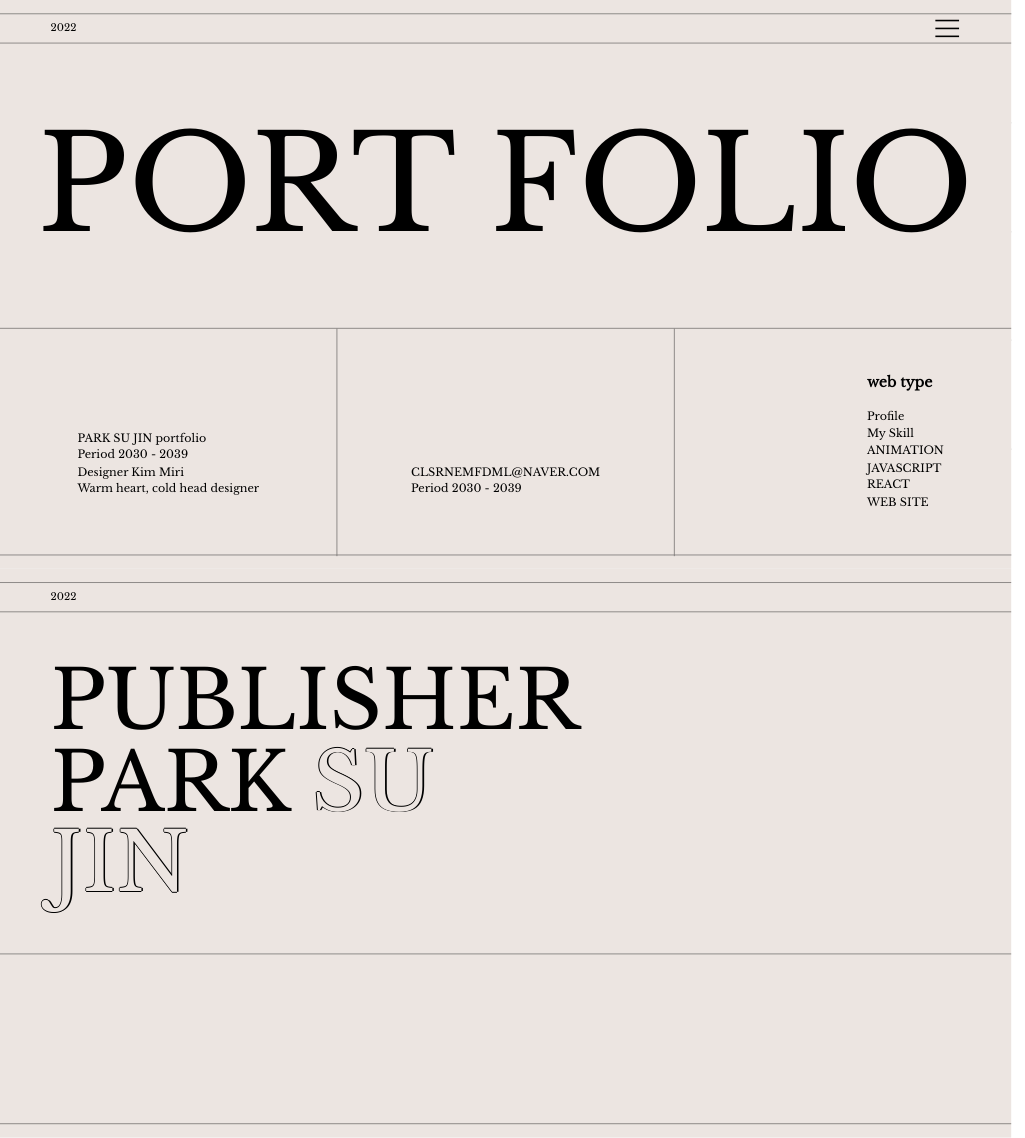
Repository: clsrnemfdml/portfolio_parksj_versiton1
Page: index.html
These files come from the project's save history. The page is drawn as it stood at one moment and after the next save; the edit follows.
The browser window is 1280 px wide. The page is 1297 px wide, then 1280 px, so the pictures cover 1297 px, including what lies to the right of the window. The pictures show the whole page, at 79% of full size.

Above is the page before, as saved 2021-09-15 08:07:00.

### index.html
<!DOCTYPE html>
<html lang="en">
<head>
    <meta charset="UTF-8">
    <meta http-equiv="X-UA-Compatible" content="IE=edge">
    <meta name="viewport" content="width=device-width, initial-scale=1.0">
    <title>parkjs portfolio</title>
    <meta name="descripsion" content="박수진의 포트폴리오 입니다.">
    <link rel="stylesheet" href="css/reset.css">
    <link rel="stylesheet" href="css/index.css">
    <style> @import url('https://fonts.googleapis.com/css2?family=Libre+Baskerville&display=swap');</style>
    <script src="js/index.js"></script>

</head>
<body>
    <div class="clickMenu">
        <div class="wrap_portFolio">
            <ul>
                <li>1. MY SKILL</li>
                <li>2. ANIMATION</li>
                <li>3. JAVASCRIPT</li>
                <li>4. REACT</li>
                <li>5. WEB SITE</li>
            </ul>
        </div>
    </div>
    <div id="wrap">
        <section id="section1">
            <div class="wrap_portFolio">
                <div class="menu">
                    <p>2022</p>
                    <span>
                    </span>
                </div>
                <div class="content">
                    <h6>PORT FOLIO</h6>
                </div>
                <div class="content_bottom">
                    <div class="rsum1">
                        <p>PARK SU JIN portfolio<br>
                        Period  2030 - 2039<br>
                        Designer   Kim Miri<br>
                        Warm heart, cold head designer</p>
                    </div>
                    <div class="rsum2">
                        <p>CLSRNEMFDML@NAVER.COM<br>
                        Period  2030 - 2039</p>
                    </div>
                    <div class="rsum3">
                        <ul>
                            <li class="fitst_write">web type</li>
                            <li>Profile</li>
                            <li>My Skill</li>
                            <li>ANIMATION</li>
                            <li>JAVASCRIPT</li>
                            <li>REACT</li>
                            <li>WEB SITE</li>
                        </ul>
                    </div>
                </div>
            </div>
        </section>
        <section id="section2">
            <div class="wrap_portFolio">
                <div class="menu">
                    <p>2022</p>
                    <span>
                    </span>
                </div>
                <div class="content">
                    <div>
                        <p>PUBLISHER<br>
                            PARK <span class="suji">SU JIN</span></p>
                        </p>
                    </div>
                    <div class="suImg">
                        <img src="" alt="" >
                    </div>
                </div>
            </div>
        </section>
    </div>



</body>
</html>

### css/index.css


#wrap{width: 100%; height: auto;}



/* menu */
/* .clickMenu{height: 100vh; width: 100%; background: #ECE5E1;
    font-family: 'Libre Baskerville', serif; position: absolute;
z-index: 99999;} */

.clickMenu .wrap_portFolio{
    width: 100%;
    height: 95vh;
    position: absolute;
    top: 50%;
    transform: translateY(-50%);
    border-bottom: 1px solid #767371;
    border-top: 1px solid #767371;
}

.clickMenu .wrap_portFolio ul{width: 100%; height: 100%;}
.clickMenu .wrap_portFolio ul li{height: calc(100%/5); width: 100%; border-bottom: 1px solid #767371;
    font-size: 6vw;
    text-align: center;
    display: flex;
    align-items: center;
    justify-content: center;
}
.clickMenu .wrap_portFolio ul li:nth-child(2n){
   color: #ECE5E1;
   text-shadow: -1px 0 #000000, 0 1px #000000, 2px 0 #000000, 0 -1px #000000;
}
.clickMenu .wrap_portFolio ul li:last-child{height: calc(100%/5); width: 100%; border-bottom: 0}



/*section1 */
#wrap #section1{height: 100vh; width: 100%; background: #ECE5E1;
    font-family: 'Libre Baskerville', serif; position: relative;}

#wrap #section1 .wrap_portFolio{
    width: 100%;
    height: 95vh;
    position: absolute;
    top: 50%;
    transform: translateY(-50%);
    border-bottom: 1px solid #767371;
    border-top: 1px solid #767371;
}

#wrap #section1 .menu{
    width: 100%;
    height: 5vh;
    border-bottom: 1px solid #767371;
    position: relative;
    font-size: 1vw;

}
#wrap #section1 .menu p{
    padding-left: 5%;
    position: absolute;
    top: 50%;
    transform: translateY(-50%);
}
#wrap #section1 .menu span{
    display: block;
    position: absolute;
    right: 4%;
    top: 50%;
    transform: translate(-50%, -50%);
    width: 30px;
    height: 2px;
    background: rgb(0, 0, 0);
    float: right;
}
    #wrap #section1 .menu span::before{
    content: '';
    width: 30px;
    height: 2px;
    background: rgb(0, 0, 0);
    position: absolute;
    left: 0;
    bottom: 10px;
    transform: rotate(0deg);
    transition-duration: .3s;
}
    #wrap #section1 .menu span::after{
        content: '';
        width: 30px;
        height: 2px;
        background: rgb(0, 0, 0);
        position: absolute;
        left: 0;
        top: 10px;
        transform: rotate(0deg);
        transition-duration: .3s;
    }

    #wrap #section1 .content{
        height: 50vh;
        position: relative;
        width: 100%;
        font-size: 13vw;
        text-align: center;
        border-bottom: 1px solid #767371;


    }
    #wrap #section1 .content h6{
        position: absolute;
        width: 100%;
        top: 50%;
        left: 50%;
        transform: translate(-50% , -50%);
        font-weight: 300;
    }

    #wrap #section1 .content_bottom{
        width: 100%;
        height: 40vh;
        position: absolute;
        display: flex;
    }


    #wrap #section1 .content_bottom > div{
        width: 33.333%;
        height: auto;
        font-size: 1.1vw;





    }
    #wrap #section1 .content_bottom > div p{
        padding-bottom: 10px;
    }

    #wrap #section1 .content_bottom .rsum1{
        border-right: 1px solid #767371;
        display: flex;
        justify-content: center;
        align-items: flex-end;
        line-height: 3vh;
        padding-bottom: 5%;


    }
    #wrap #section1 .content_bottom .rsum2{
        border-right: 1px solid #767371;
        display: flex;
        justify-content: center;
        align-items: flex-end;
        line-height: 3vh;
        padding-bottom: 5%;
    }

    #wrap #section1 .content_bottom .rsum3{
        display: flex;
        justify-content: end;
        align-items: center;
        line-height: 3vh;
    }
    #wrap #section1 .content_bottom .rsum3 ul{
        padding: 0 20%;
    }

    #wrap #section1 .content_bottom .rsum3 .fitst_write{
        font-weight: bold;
        font-size: 1.4vw;
        padding-bottom: 3vh;
    }


    /*section1 */
    #wrap #section2{height: 100vh; width: 100%; background: #ECE5E1;
    font-family: 'Libre Baskerville', serif; position: relative;}

    #wrap #section2 .wrap_portFolio{
        width: 100%;
        height: 95vh;
        position: absolute;
        top: 50%;
        transform: translateY(-50%);
        border-bottom: 1px solid #767371;
        border-top: 1px solid #767371;
    }

    #wrap #section2 .menu{
        width: 100%;
        height: 5vh;
        border-bottom: 1px solid #767371;
        position: relative;
        font-size: 1vw;

    }

    #wrap #section2 .menu p{
        padding-left: 5%;
        position: absolute;
        top: 50%;
        transform: translateY(-50%);
    }

    #wrap #section2 .content{
        display: flex;
        border-bottom: 1px solid #767371;
    }
    #wrap #section2 .content div{
        height: 60vh;
        position: relative;
        display: flex;
        align-items: center;
        justify-content: flex-start;
        padding-left: 5%;


    }
    #wrap #section2 .content div p{
        font-size: 8vw;
    }

    #wrap #section2 .content div p .suji{
        color: #ECE5E1;
        text-shadow: -1px 0 #000000, 0 1px #000000, 2px 0 #000000, 0 -1px #000000;
        font-size: 8vw;

    }

    #wrap #section2 .content .suImg{
    }
    #wrap #section2 .content .suImg img{
        width: 500px;
        height: auto;
        color: white;

    }

Loaded but not shown: css/reset.css (common file); js/index.js (no stored copy; drawn as an empty file)

After the next save:
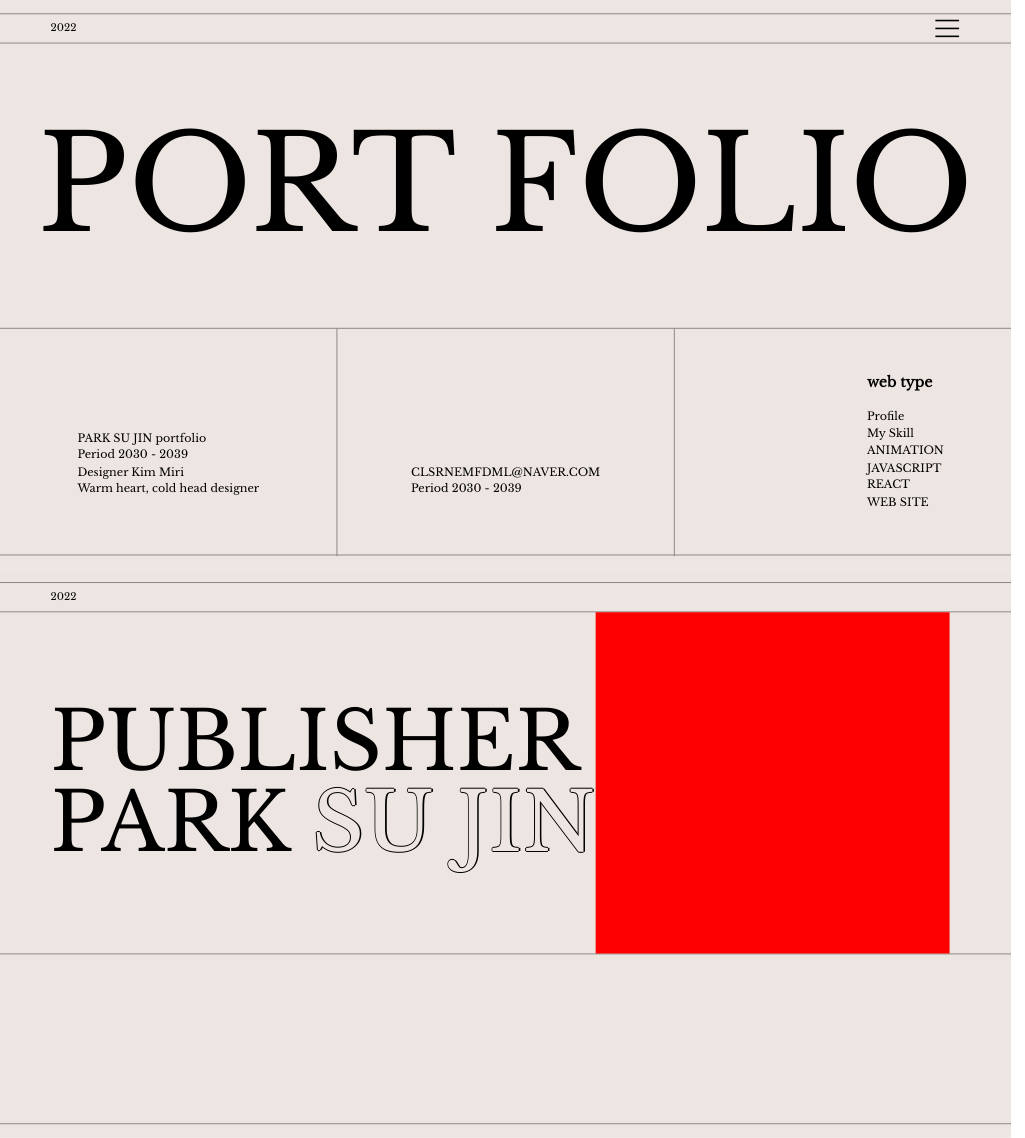
Saved 39 s later.
--- a/css/index.css
+++ b/css/index.css
@@ -211,6 +211,7 @@ z-index: 99999;} */
     #wrap #section2 .content div{
         height: 60vh;
         position: relative;
+        font-size: 8vw;
         display: flex;
         align-items: center;
         justify-content: flex-start;
@@ -218,18 +219,15 @@ z-index: 99999;} */
 
 
     }
-    #wrap #section2 .content div p{
-        font-size: 8vw;
-    }
 
     #wrap #section2 .content div p .suji{
         color: #ECE5E1;
         text-shadow: -1px 0 #000000, 0 1px #000000, 2px 0 #000000, 0 -1px #000000;
-        font-size: 8vw;
-
     }
 
     #wrap #section2 .content .suImg{
+        width: 30vw;
+        background: red;
     }
     #wrap #section2 .content .suImg img{
         width: 500px;
